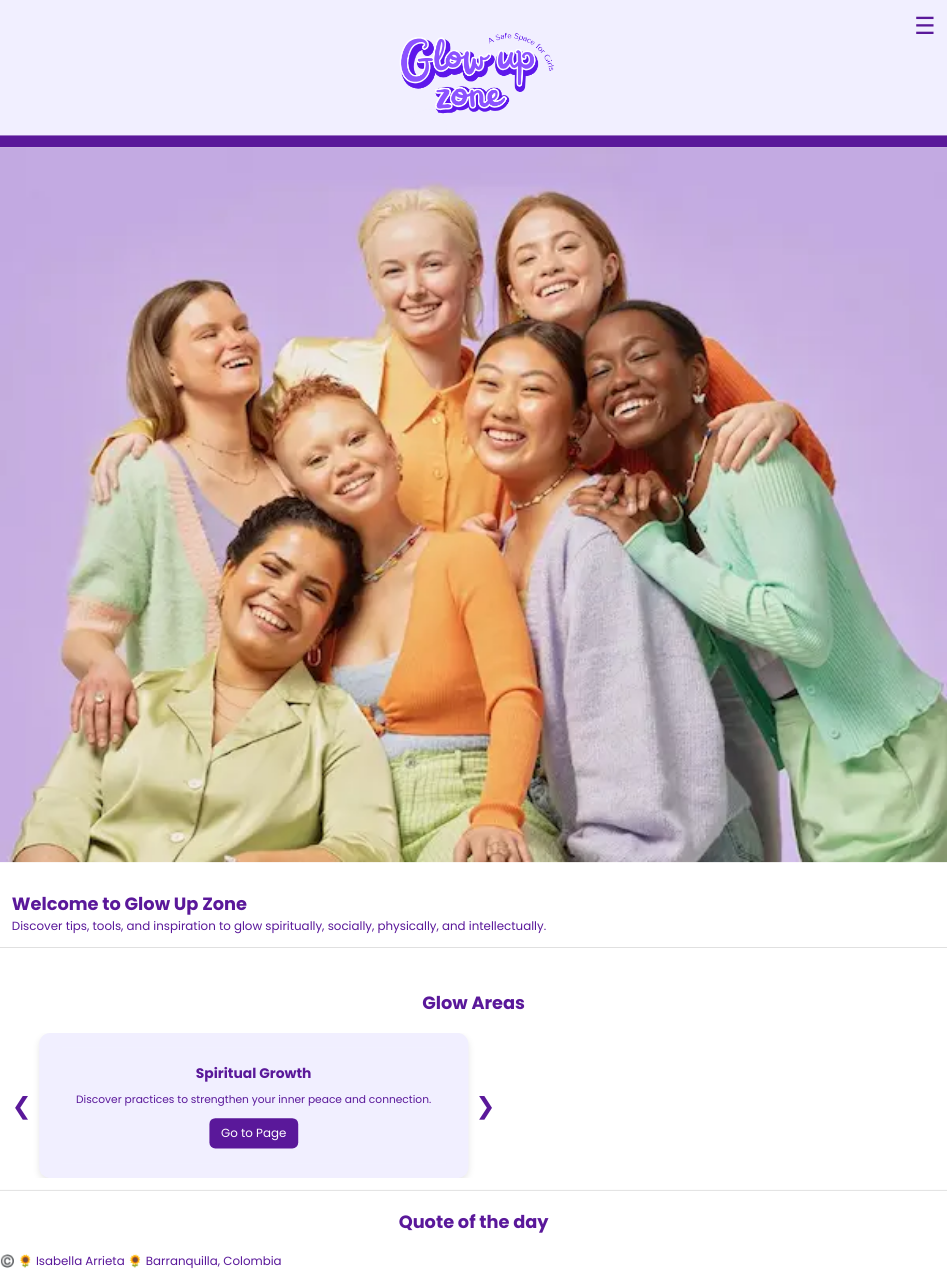
Repository: isaAJ05/wdd131
Page: final-project/final-project.html
An editor plug-in stored every save of this project. The page is shown before and after a run of saves, followed by the edit.
The browser window is 1280 px wide. The pictures show the whole page, at 74% of full size.

Above is the page before, as saved 2025-08-09 01:16:01.

After the next 2 saves:
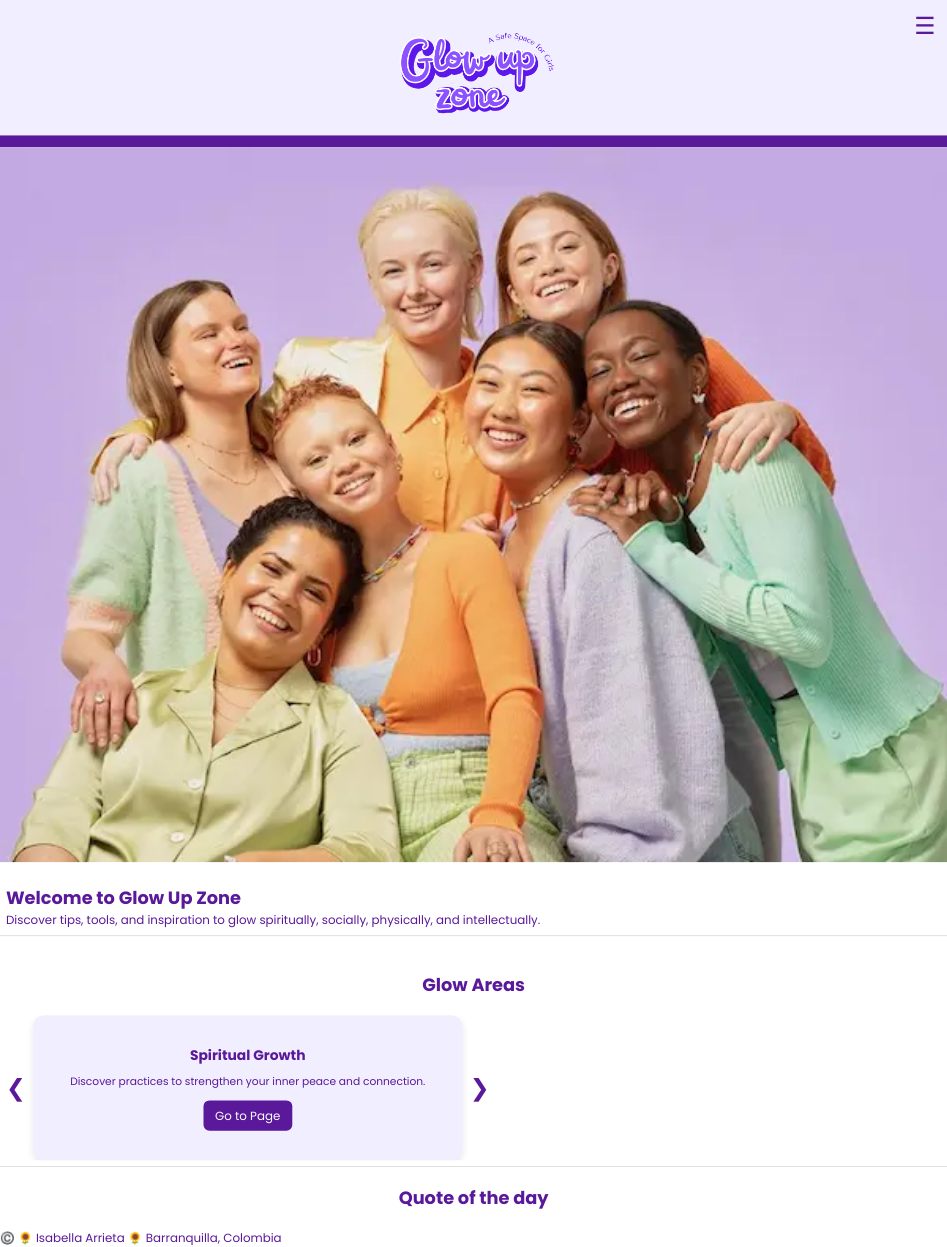
The 2 saves are shown as one change because they came seconds apart.
The last was saved 2 min 19 s later.
--- a/final-project/styles/final-project.css
+++ b/final-project/styles/final-project.css
@@ -33,7 +33,7 @@
 }
 .one{
     border-bottom: #D6D6D6 1px solid;
-    padding: 1rem;
+    padding: 0.5rem;
     margin: 1rem 0;
 }
 nav{

After the save that followed:
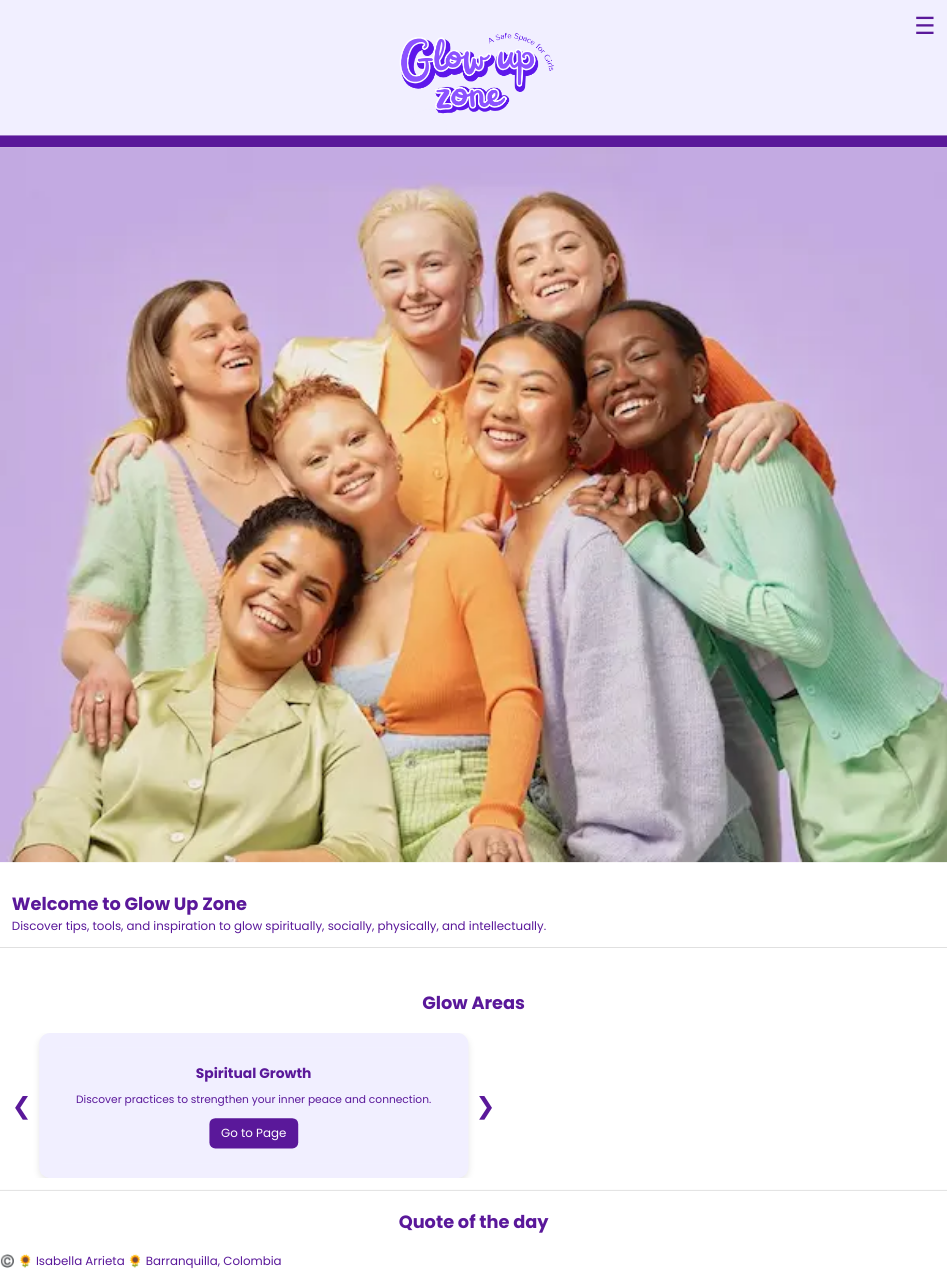
Saved 7 s later.
--- a/final-project/styles/final-project.css
+++ b/final-project/styles/final-project.css
@@ -33,7 +33,7 @@
 }
 .one{
     border-bottom: #D6D6D6 1px solid;
-    padding: 0.5rem;
+    padding: 1rem;
     margin: 1rem 0;
 }
 nav{
